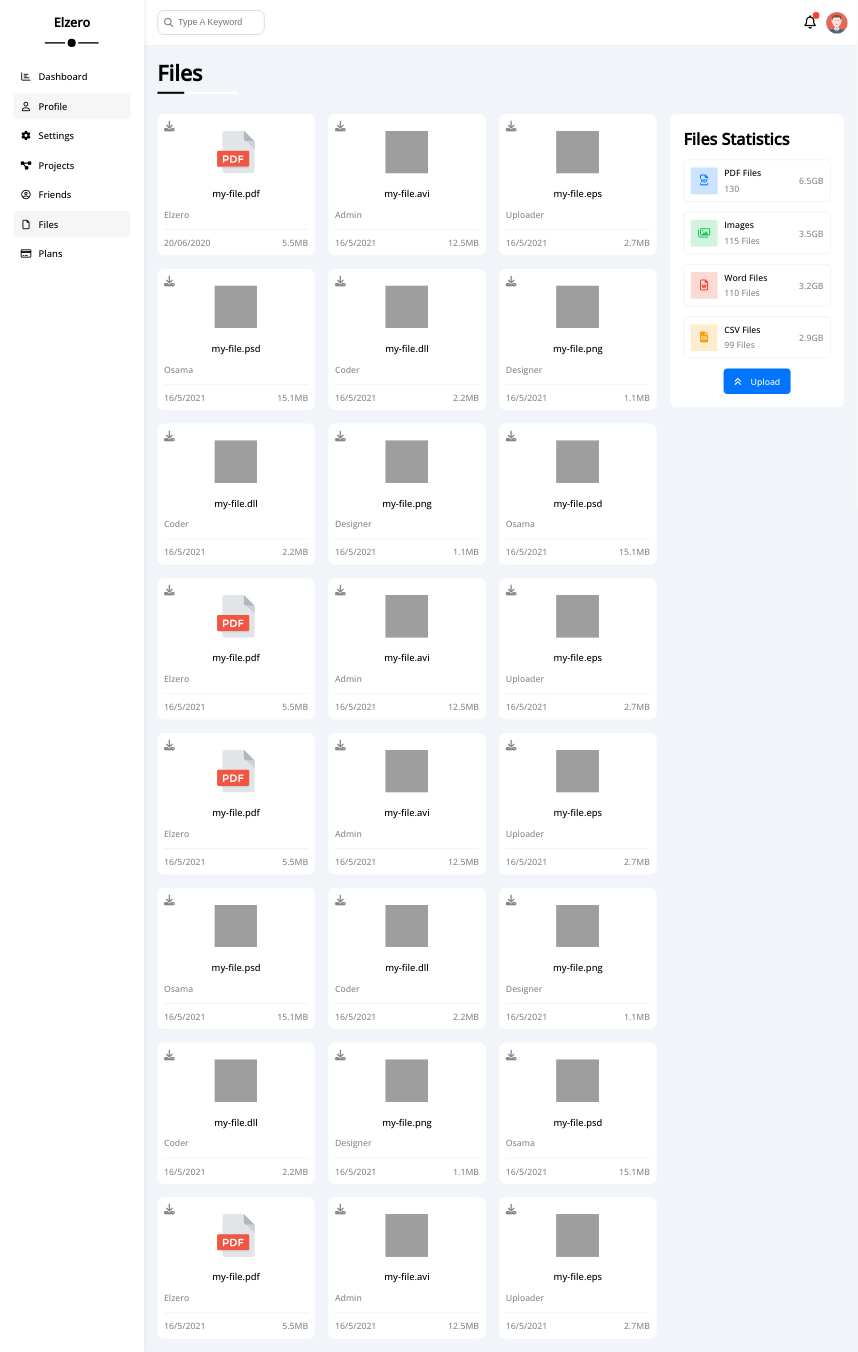
Repository: souhailaniba/Bookly
Page: public/assets/books webstie/files.html
These files come from the project's save history. The page is drawn as it stood at one moment and after the next save; the edit follows.
The browser window is 1280 px wide. The pictures show the whole page, at 67% of full size.
Pictures or frames that could not be fetched are drawn as grey boxes.

Above is the page before, as saved 2023-01-27 15:11:11.

After the next save:
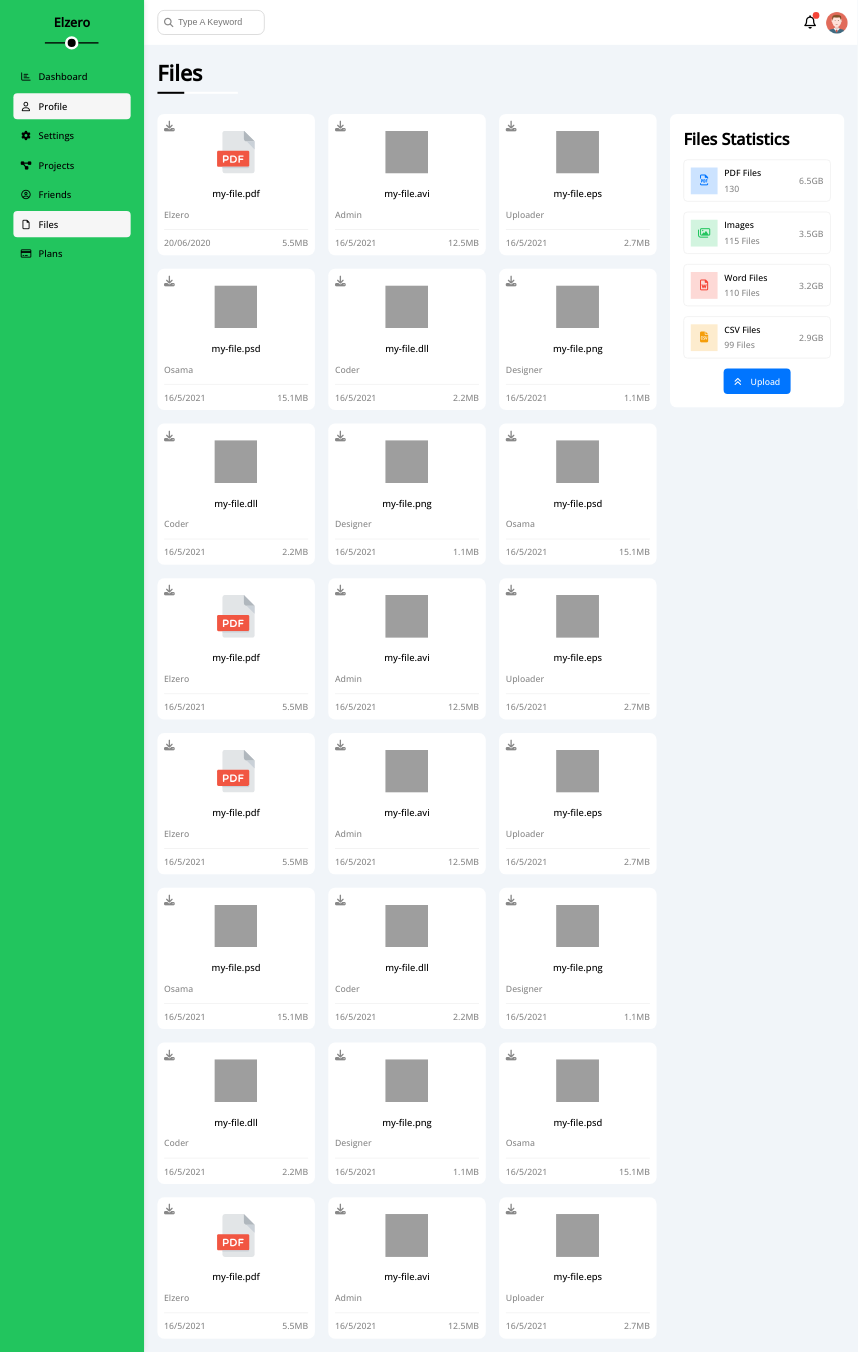
Saved 35 s later.
--- a/public/assets/books webstie/files.html
+++ b/public/assets/books webstie/files.html
@@ -14,7 +14,7 @@
   </head>
   <body>
     <div class="page d-flex">
-      <div class="sidebar bg-white p-20 p-relative">
+      <div class="sidebar bg-green p-20 p-relative">
         <h3 class="p-relative txt-c mt-0">Elzero</h3>
         <ul>
           <li>
